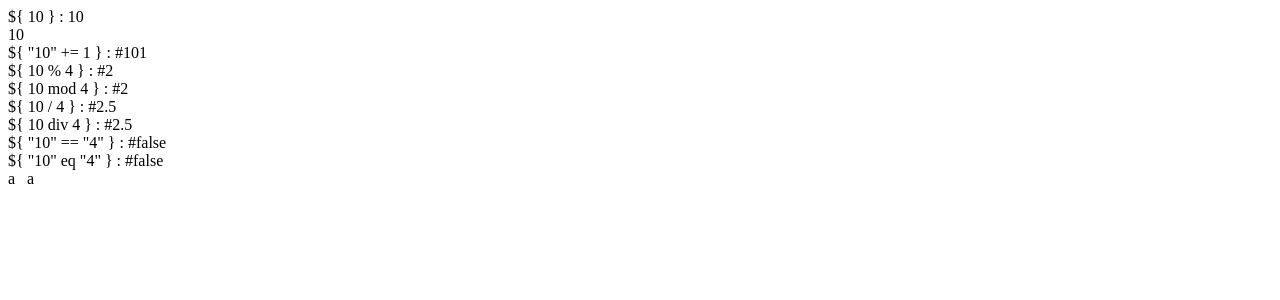
Repository: SeongYeonYun/HUMAN_SQL1
Page: http://localhost/proj4-jsp/el_3.jsp
An editor plug-in stored every save of this project. The page is shown before and after the next save, followed by the edit.
The browser window is 1280 px wide. The pictures show the whole page.
The page is served by Tomcat 9.

Above is the page before, as saved 2025-08-22 01:07:37.

After the next save:
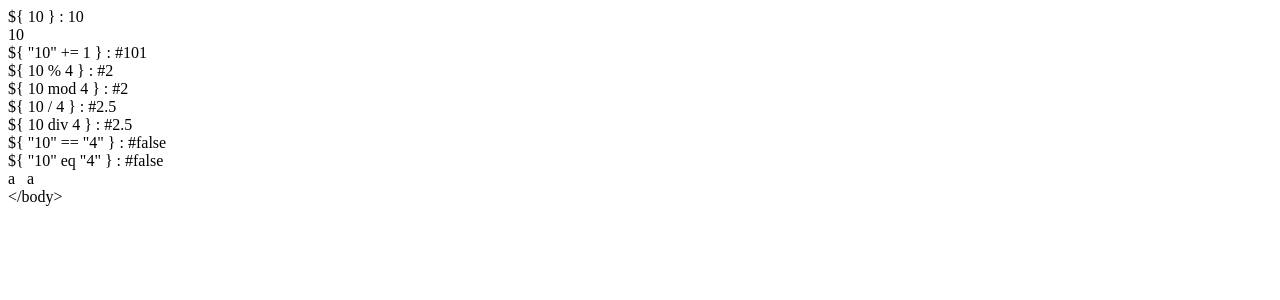
Saved 97 s later.
--- a/workspace_java/proj4-jsp/src/main/webapp/el_3.jsp
+++ b/workspace_java/proj4-jsp/src/main/webapp/el_3.jsp
@@ -30,6 +30,8 @@
 \${ "10" eq "4" } : #${  "10" eq "4" } <br>
 a&nbsp;&nbsp; a<br>
 
+&lt;/body&gt
+
 <!-- ne : 같지 않다. not (eq), gt : 크다 작다, nbsp : 띄어쓰기   -->
 
 
